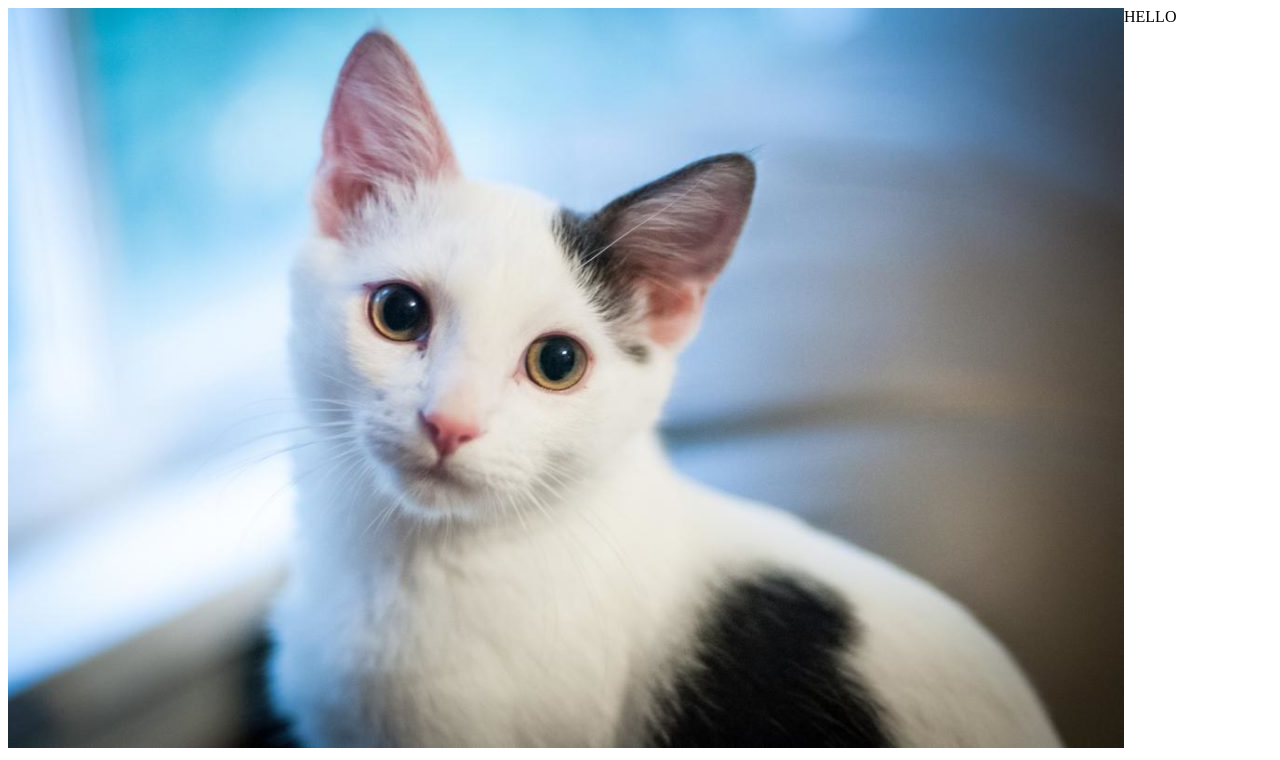
Repository: AustinW24/pg-catfacts
Page: cat-facts.html
An editor plug-in stored every save of this project. The page is shown before and after a run of saves, followed by the edit.
The browser window is 1280 px wide. The pictures show the whole page.
The page's requests for data from a server got no answer.

Above is the page before, as saved 2021-12-29 15:24:54.

### cat-facts.html
<!doctype html>
<html lang="en">
<head>
  <meta charset="utf-8">
  <title>Cat Facts</title>
  <meta name="description" content="Description Goes Here">
  <link rel="stylesheet" href="cat-facts.css">
</head>
<body>
  <script src="./cat-facts.js"></script>
  <div class="popup-container">
    <div>
        <img src="./images/cat-img.jpeg" class="cat-photo">
    </div>
    <div>HELLO</div>
  </div>
</body>
</html>

### cat-facts.css
* {
    box-sizing: border-box;
}
.popup-container {
    display: flex;
    flex-direction: row;
    max-width: 600px;
}

### cat-facts.js
document.addEventListener('DOMContentLoaded', ()=>{

    async function getCatFacts(){
      let response = await fetch(`https://cat-fact.herokuapp.com/facts`);
      let data = await response.json()
      console.log(data)
      return data;
    }
    getCatFacts()

 })

After the next 2 saves:
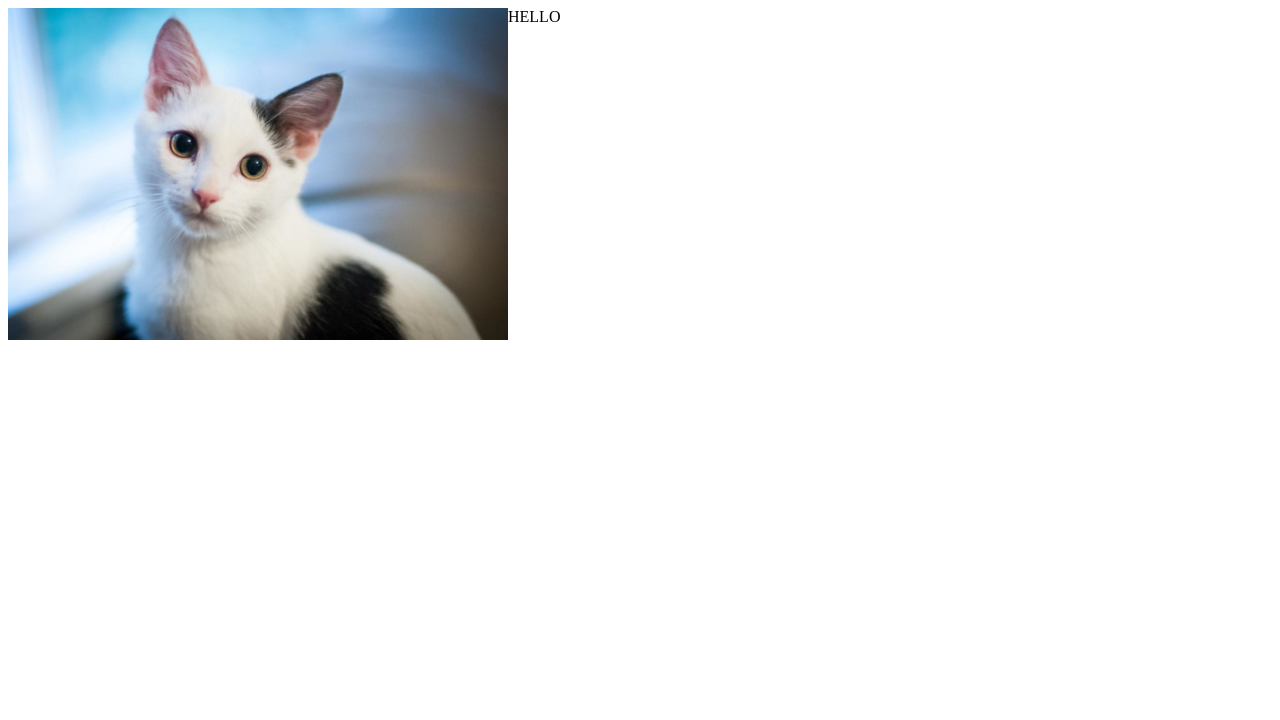
The 2 saves are shown as one change because they came seconds apart.
The last was saved 13 s later.
--- a/cat-facts.css
+++ b/cat-facts.css
@@ -1,5 +1,8 @@
 * {
     box-sizing: border-box;
+}
+.cat-photo {
+    max-width: 500px;
 }
 .popup-container {
     display: flex;
